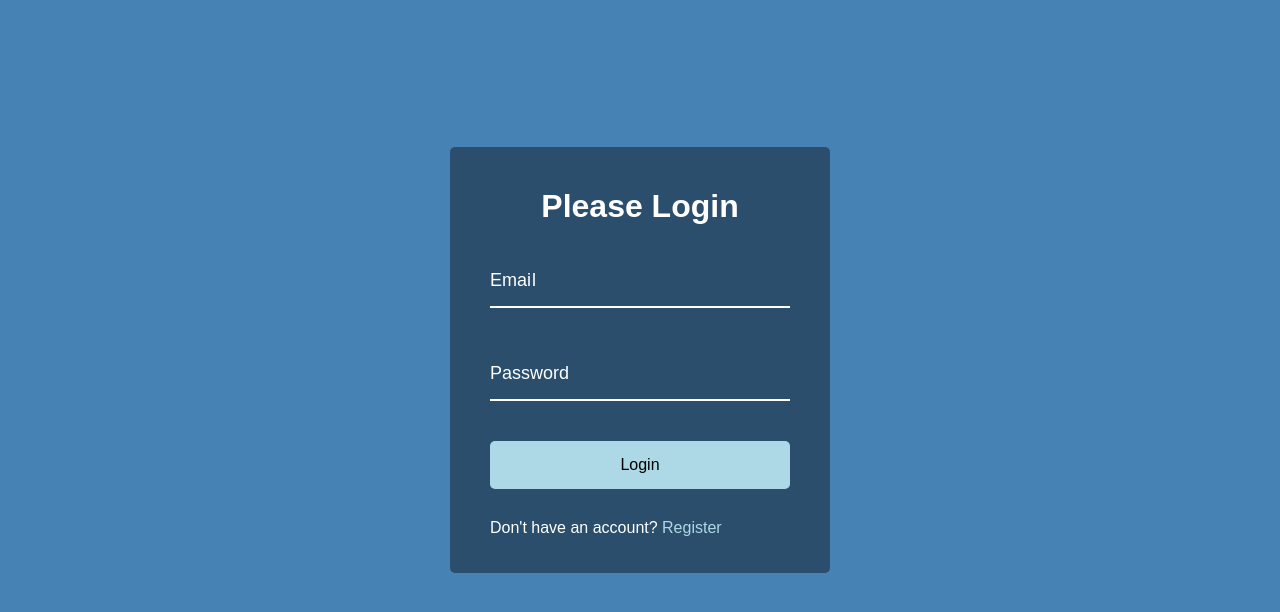
Repository: thecoachanna/form-animation
Page: index.html
The author's editor kept a copy of each file at every save. The page is drawn from the files as they stood at one save, then again after a run of saves.
The browser window is 1280 px wide. The pictures show the whole page.
Some web fonts or font styles are not loaded; a fallback is used.

Above is the page before, as saved 2023-02-26 10:12:34.

After the next 2 saves:
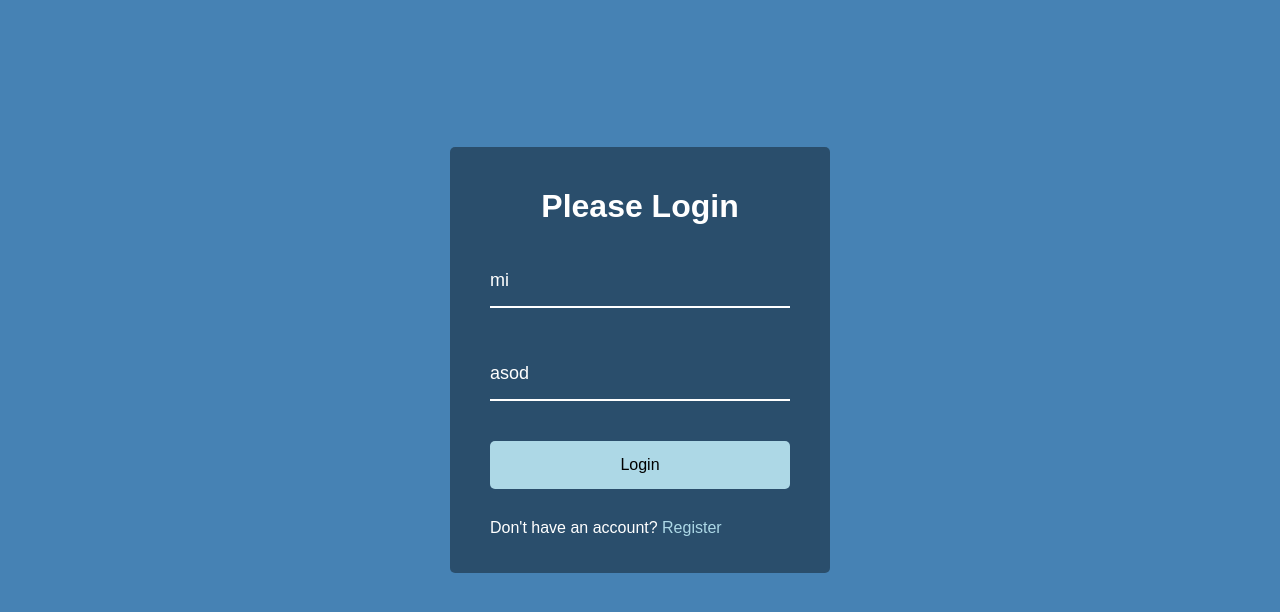
The 2 saves are shown as one change because they came seconds apart.
The last was saved 8 s later.
--- a/script.js
+++ b/script.js
@@ -3,6 +3,6 @@
 labels.forEach(label => {
     label.innerHTML = label.innerText
         .split('')
-        .map((letter, idx) => `<span style>${letter}</span>`)
+        .map((letter, idx) => `<span style="transition-delay:>${letter}</span>`)
         .join('')
 })

After the 6 saves that followed:
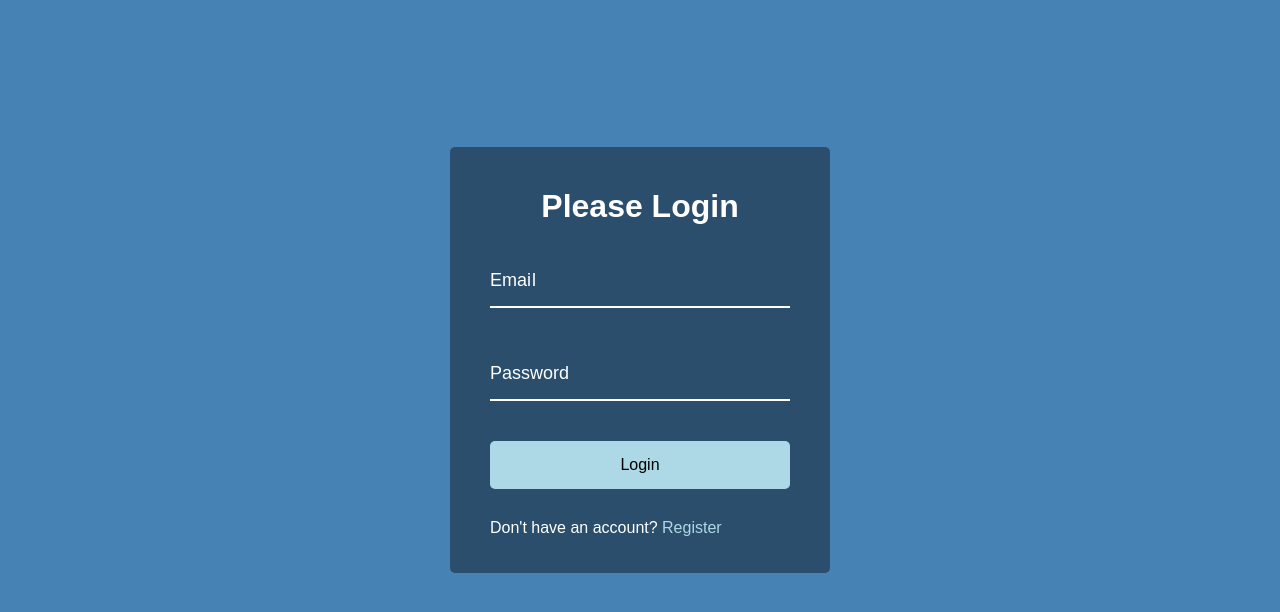
The 6 saves are shown as one change because 1 left the picture as it was and some came seconds apart.
The last was saved 23 s later.
--- a/script.js
+++ b/script.js
@@ -3,6 +3,6 @@
 labels.forEach(label => {
     label.innerHTML = label.innerText
         .split('')
-        .map((letter, idx) => `<span style="transition-delay:>${letter}</span>`)
+        .map((letter, idx) => `<span style="transition-delay:${idx * 50}">${letter}</span>`)
         .join('')
 })
